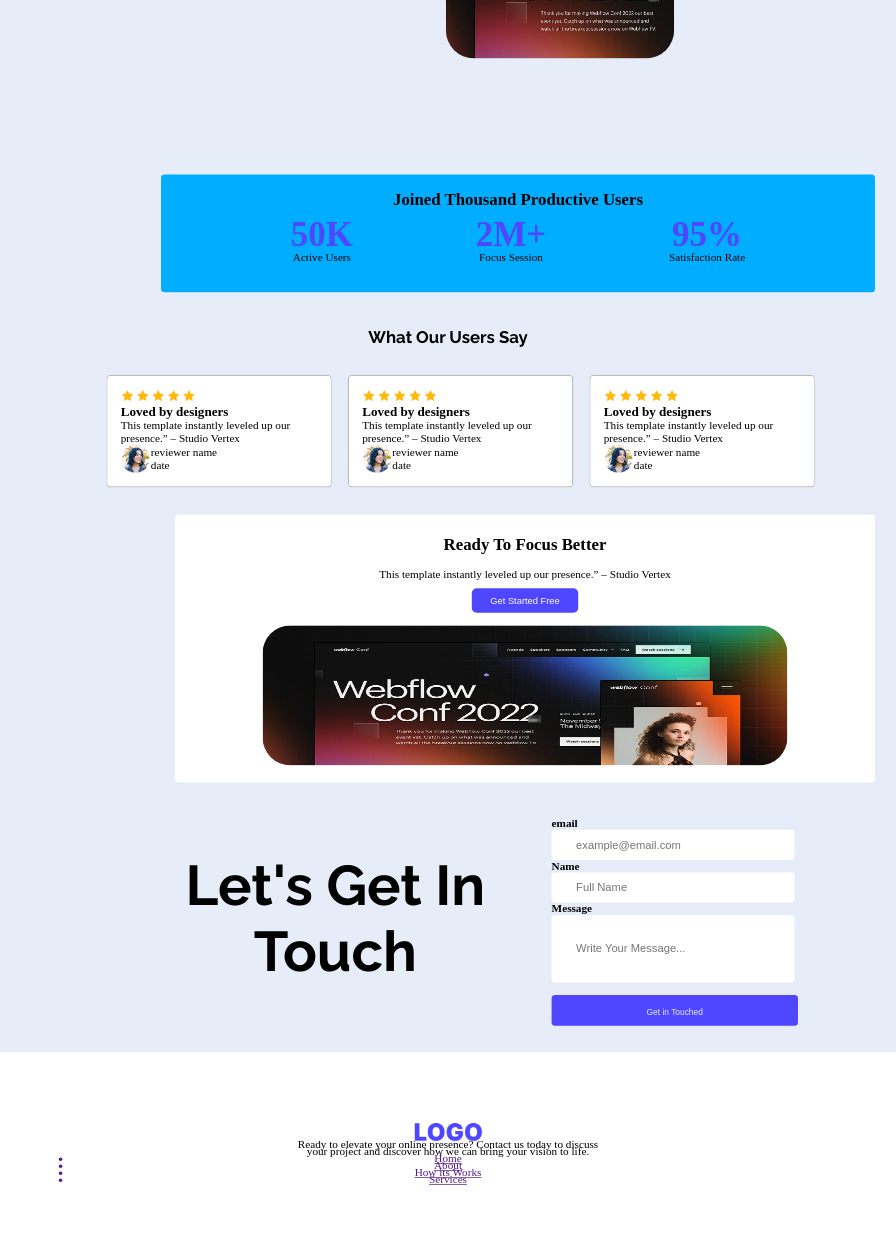
Repository: dollyrakhe22/landing-launchpad
Page: index.html
An editor plug-in stored every save of this project. The page is shown before and after the next save, followed by the edit.
The browser window is 1280 px wide. The pictures show the part of the page from y = 949 to 2869 px (the page is 2742 px tall before and 2869 px after), at 70% of full size.

Above is the page before, as saved 2025-07-11 11:27:34.

### index.html
<!DOCTYPE html>
<html lang="en">
<head>
    <meta charset="UTF-8">
    <meta name="viewport" content="width=device-width, initial-scale=1.0">
    <title>Landing Launchpad</title>
    <link rel="preconnect" href="https://fonts.googleapis.com">
    <link rel="preconnect" href="https://fonts.googleapis.com">
<link rel="preconnect" href="https://fonts.gstatic.com" crossorigin>
<link href="https://fonts.googleapis.com/css2?family=Inter:ital,opsz,wght@0,14..32,100..900;1,14..32,100..900&family=Open+Sans:ital,wght@0,300..800;1,300..800&family=Raleway:ital,wght@0,100..900;1,100..900&display=swap" rel="stylesheet">
    <link rel="stylesheet" href="style.css">
   </head>
   <body>
    <header>

        <nav>
         <h2 class="inter-normal">LOGO</h2>
            <a href="#"><button>sign up</button></a>
        </nav>
        <div class="banner-section">
             <h1 class="raleway-normal" >Cool Dark UI Template for <br>Webflow Agencies</h1><br>
            <a href=""><button class="button-container">stay focused</button></a>
        </div>
    </header>
    <main>
           <!--action-container--->
           <div class="section-1">
            <div >
                <h3 class="raleway-normal">See It in Action</h3><br>
                <p class="raleway-normal" >Explore the life preview and imagine your<br>brand in this bold new look</p><br>
                 <a href=""><button class="button-container">Launch Life Preview</button></a>
                 </div>
                <div>
                     <img src="Assets/wc-mini.png" weight="90%"height="80%"
                     alt="" srcset="">
                </div>
            </div>
           <!--Users-Section-->
           <section class="users-container">
            <h1>Joined Thousand Productive Users</h1>
            <div class="contain">
                 <div>
                <h1>50K</h1>
                <p>Active Users</p>
            </div>
            <div>
                <h1>2M+</h1>
                <p>Focus Session</p>
            </div>
            <div>
                <h1>95%</h1>
                <p>Satisfaction Rate</p>
            </div>
            </div>


           </section>
            <!--Review-Card-->
            <section class="review-card">
                <h1 class="raleway-normal">What Our Users Say</h1>
                <div class="review-box">


                    <div class="box-1">
                 <div class="stars">
                   <img src="Assets/icon-star.png" alt="" srcset="">
                   <img src="Assets/icon-star.png" alt="" srcset="">
                   <img src="Assets/icon-star.png" alt="" srcset="">
                   <img src="Assets/icon-star.png" alt="" srcset="">
                   <img src="Assets/icon-star.png" alt="" srcset="">
                </div>
                <h3>Loved by designers</h3>
                <p>This template instantly leveled up our<br> presence.” – Studio Vertex</p>
                <div class="avater">
                <div class="user-details">
                    <img src="Assets/avatar.png" alt="" srcset="">

                <p>reviewer name<br>date</p>

                </div>
                </div>

               </div>

                <div class="box-1">
                     <div class="stars">
                   <img src="Assets/icon-star.png" alt="" srcset="">
                   <img src="Assets/icon-star.png" alt="" srcset="">
                   <img src="Assets/icon-star.png" alt="" srcset="">
                   <img src="Assets/icon-star.png" alt="" srcset="">
                   <img src="Assets/icon-star.png" alt="" srcset="">
                </div>
                <h3>Loved by designers</h3>
                <p>This template instantly leveled up our<br> presence.” – Studio Vertex</p>
                <div class="avater">
                <div class="user-details">
                    <img src="Assets/avatar.png" alt="" srcset="">

                <p>reviewer name<br>date</p>

                </div>
                </div>
                </div>



                <div class="box-1">
                         <div class="stars">
                   <img src="Assets/icon-star.png" alt="" srcset="">
                   <img src="Assets/icon-star.png" alt="" srcset="">
                   <img src="Assets/icon-star.png" alt="" srcset="">
                   <img src="Assets/icon-star.png" alt="" srcset="">
                   <img src="Assets/icon-star.png" alt="" srcset="">
                </div>
                <h3>Loved by designers</h3>
                <p>This template instantly leveled up our<br> presence.” – Studio Vertex</p>
                <div class="avater">
                <div class="user-details">
                    <img src="Assets/avatar.png" alt="" srcset="">

                <p>reviewer name<br>date</p>

                </div>
                </div>
                </div>
                </div>
            </section>
<!--Focus-Section-->
<section class="focus-container">
        <div>
            <h1>Ready To Focus Better</h1>
            <p>This template instantly leveled up our presence.” – Studio Vertex</p>
            <a href=""><button class="button-container">Get Started Free</button></a>
        </div>
        <br>
        <div>
            <img src="Assets/wc-big.png" alt="" srcset="">
        </div>





</section>

<section>
 <div>
    <div class="lets">
        <h1 class="raleway-normal">Let's Get In<br>Touch</h1>
  <div class="wrapper">
    <div class="input-data">
        <h4>email</h4>
        <input type="email" placeholder="example@email.com"><br>
       <h4>Name</h4>
       <input type="name" placeholder="Full Name"><br>
          <h4>Message</h4>
        <input type="text" placeholder="Write Your Message..." class="input-message"><br><br>
          <input type="button" value="Get in Touched" class="input-button">

    </div>

  </div>
    </div>
 </div>
</section>
    </main>
    <footer>
<div class="footer-header">

           <div>
            <img src="Assets/LOGO.png" alt="" srcset="">
           </div>

            <p>Ready to elevate your online presence? Contact us today to discuss<br>
                 your project and discover how we can bring your vision to life.</p>

              <div class="footer-list-container">
                 <ul>
                   <a href=""> <li>Home</li></a>
                   <a href=""> <li>About</li></a>
                   <a href=""> <li>How its Works</li></a>
                   <a href=""> <li>Services</li></a>


                 </ul>
              </div>




</div>

    </footer>
</body>
</html>

### style.css
*{
    padding: 0;
    margin: 0;
}
body{
    background-color:#E6EDF9 ;
}

.inter-normal {
  font-family: "Inter", sans-serif;
  font-optical-sizing: auto;
  font-style: normal;
}
header{
    background-image: url("Assets/Hero-bg.png");


}
/*nav style*/
h2{
    color:#4E47FF;
   font-weight:bolder;


}
nav{
    display: flex;
    justify-content: space-between;
    padding: 70px;
}
nav button{
    text-decoration: none;
    padding: 10px 25px;
    background-color:#4E47FF ;
    color:white;
    border-radius: 5px;
    border: none;


}

.raleway-normal{
  font-family: "Raleway", sans-serif;
  font-optical-sizing: auto;
  font-style: normal;
}
.banner-section{
    text-align: center;
    padding: 90px;
}
.banner-section h1{
    font-weight: bolder;
    font-size: 50px;
}
.button-container{
     padding: 10px 26px;
    background-color:#4E47FF ;
    color:white;
    border-radius: 7px;
    border: none;

}
/*action-container*/

.section-1{
    display: flex;
    justify-content: space-between;
    padding: 50px;
    margin: 190px;

}
.section-1 h3{
    font-size: 40px;
}
.section-1  p{

}
.section-1 img{
    border-radius: 40px;


}
/*Users- Section*/
.users-container{

    text-align: center;
    border: none;
    background-color: #00ADFE;
    max-width: 1000px;
    padding:10px;
    margin: 0px 0px 0px 230px;
    margin-bottom: 50px;
    margin-top: -140px;
    border-radius: 5px;


}
.users-container h1{
    line-height: 50px;
}
.contain{
    display: flex;
    justify-content: center;
    justify-content: space-evenly;
    margin-bottom: 30px;



}
.contain h1{
    color: #4E47FF ;
    font-weight: bold;
    font-size: 50px;

}
/*Review-Card*/

   .box-1{
    border: none;
    width:280px;
    padding: 20px;
    margin-right: 5px;
    background-color:#ffff;
    border-radius: 5px;
    box-shadow: 0px 0px 1px 0px;

   }
.review-box{
    display: flex;
    justify-content: center;
    gap: 20px;
    margin: 40px 0px 40px 40px;


}

.review-card h1{
    text-align: center;
}
.user-details img{
    border-radius: 50%;
}
.user-details{
    display: flex;
    align-items: center;
    gap:2px;
}

/*Focus-Section*/
.focus-container{
    text-align: center;
    margin-bottom: 50px;
    border: none;
    margin-left: 250px;
    padding: 20px 10px 20px 10px;
    width: 980px;
    background-color:#ffff ;
    border-radius: 5px;



}
.focus-container h1 {
    line-height: 45px;
}
.focus-container p{
    line-height: 40px;
}
.focus-container img{
    width: 750px;
    height: 200px;
    border-radius: 40px;
}
.lets{
    display: flex;
    justify-content: center;
    margin-bottom: 40px;
    margin: 48px 170px;
    justify-content: space-evenly;
}
.lets h1{
        text-align: center;
        margin: 50px;
        font-size: 80px;
        font-weight: bold;
}
.wrapper .input-data{
    height: 0px;
    width: 100%;
}
input{
    width: 100%;
    border: none;
    height: 7px;
    font-size: 16px;
    outline: none;
    padding: 18px 35px;
    border-radius: 5px;
    background-color: #ffff;
}
.input-message{
    height: 60px;
    width: 100%;
    border: none;
     background-color: #ffff;

}
.input-button{
    background-color: #4E47FF;
    padding-bottom: 26px;
    width:127%;
    color:#E6EDF9;
    font-size: 12px;


}
/*--footer-Section--*/
footer{
         height: 290px;
         background-color:#ffff ;
}
.footer-header{
    text-align: center;
    padding: 100px;
    line-height: 10px;
}

After the next save:
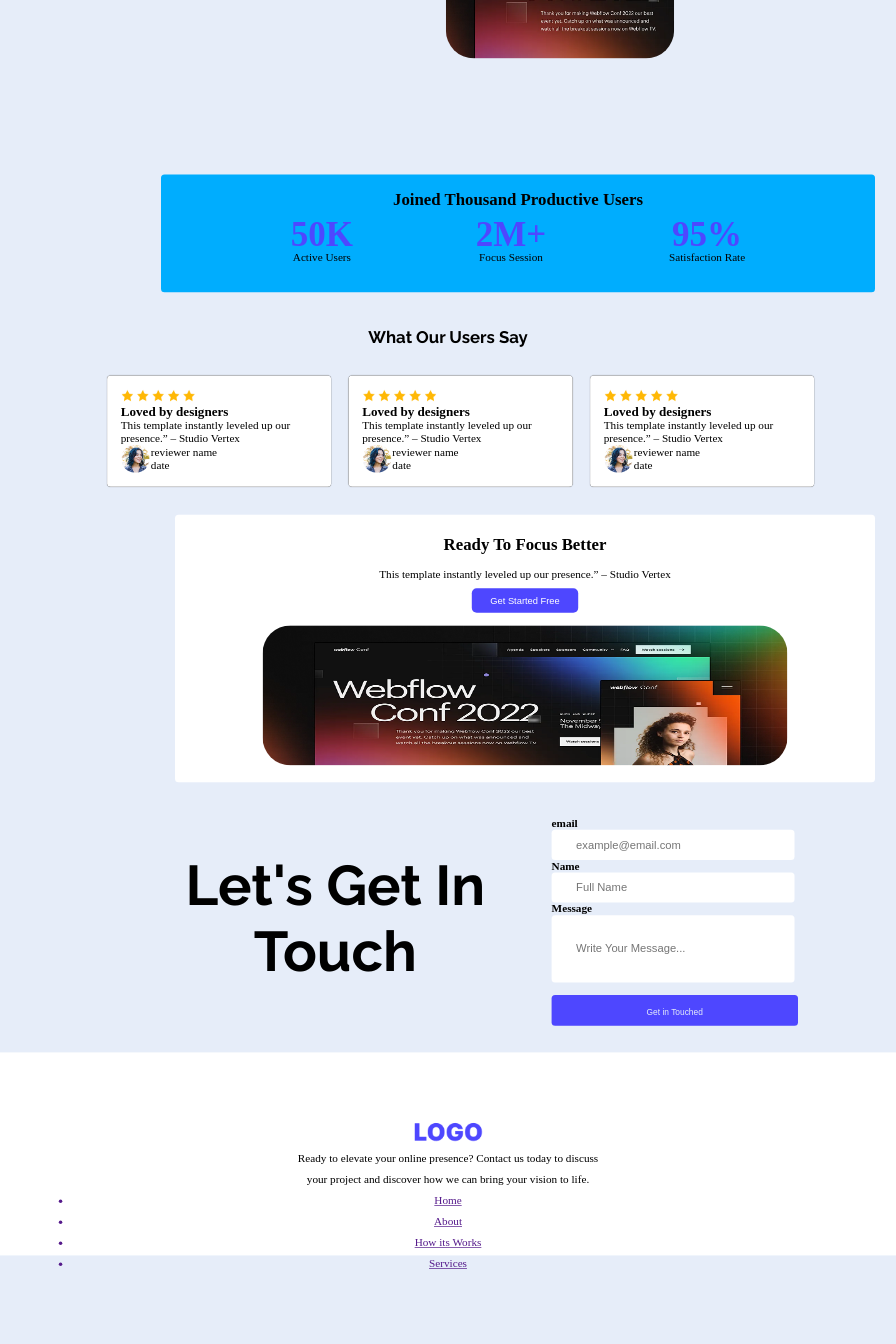
Saved 16 s later.
--- a/style.css
+++ b/style.css
@@ -222,5 +222,5 @@
 .footer-header{
     text-align: center;
     padding: 100px;
-    line-height: 10px;
-}
+    line-height: 30px;
+}
